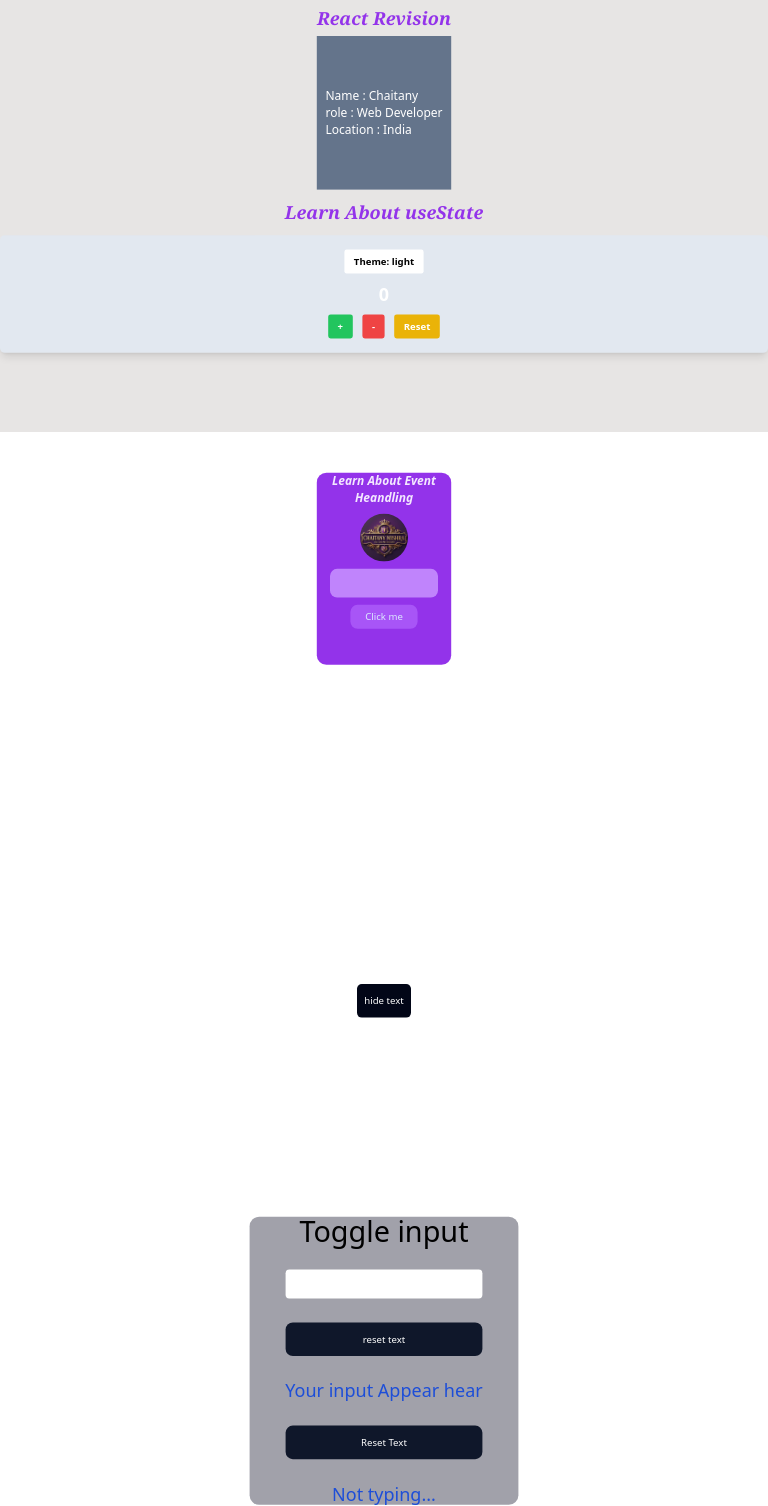
Repository: ChaitanyMishra/react-daily-work
Page: / (app in praticeForReact/revise-react/)
These files come from the project's save history. The page is drawn as it stood at one moment and after the next save; the edit follows.
The browser window is 1280 px wide. The pictures show the whole page, at 60% of full size.
The project was rebuilt for these pictures with package versions that can differ from the ones it lists, and the page was loaded fresh each time. Also part of the build but not shown: praticeForReact/revise-react/vite.config.js.

Above is the page before, as saved 2025-07-03 20:46:39.

### praticeForReact/revise-react/src/App.jsx
import './index.css';
import Info from './components/Info';
import Counter from './components/Counter';
import Card from './components/Card';
import ToggleText from './components/toggleText';
import { createContext, useState } from 'react';
import ToggleInput from './components/toggleInput';

const ThemeContext = createContext();

function App() {
  const [theme, setTheme] = useState('light');

  return (
    <ThemeContext.Provider value={{ theme, setTheme }}>
      <div className='h-screen w-full bg-stone-200'>
        <h1 className='text-center text-purple-600 font-extrabold font-serif text-3xl py-3 italic'>
          React Revision
        </h1>

        <div className='flex flex-col h-auto min-h-64 bg-slate-500 w-56 items-center justify-center m-auto text-white text-xl'>
          <Info name='Chaitany' roll='Web Developer' location='India' />
        </div>

        <div>
          <h1 className='text-center text-purple-600 font-extrabold font-serif text-3xl py-5 italic'>
            Learn About useState
          </h1>
          <Counter />
        </div>
        <Card name='Chetan' />
        <ToggleText />
        <ToggleInput />
      </div>
    </ThemeContext.Provider>
  );
}

export { ThemeContext };
export default App;

### praticeForReact/revise-react/src/components/Info.jsx
export default function Info(props){
    return(
        <div>
        <h2>Name : {props.name}</h2>
        <h3>role : {props.roll}</h3>
        <h4> Location : {props.location}</h4>
        </div>
    )

}

### praticeForReact/revise-react/src/components/Counter.jsx
import { useContext, useState } from "react";
import { ThemeContext } from "../App";

export default function Counter() {
  const { theme, setTheme } = useContext(ThemeContext);
  const [counter, setCounter] = useState(0);
  const [message, setMessage] = useState("");

  const handleIncrement = () => {
    if (counter < 20) {
      setCounter((prev) => prev + 1);
      setMessage("");
    } else {
      setMessage("Value can't go above 20");
    }
  };

  const handleDecrement = () => {
    if (counter > 0) {
      setCounter((prev) => prev - 1);
      setMessage("");
    } else {
      setMessage("Value can't go below 0");
    }
  };

  const reset = () => {
    setCounter(0);
    setMessage("");
  };

  return (
    <div
      className={`flex flex-col items-center ${
        theme === "light" ? "bg-slate-200" : "bg-slate-800"
      } px-6 py-6 rounded-lg shadow-lg space-y-4`}
    >
      <div>
        <button
          className="bg-white hover:bg-blue-200 text-black font-bold px-4 py-2 rounded"
          onClick={() =>
            setTheme(theme === "light" ? "dark" : "light")
          }
        >
          Theme: {theme}
        </button>
      </div>

      <h2 className="text-white text-3xl font-bold">{counter}</h2>

      <div className="flex space-x-4">
        <button
          className="bg-green-500 hover:bg-green-600 text-white font-bold px-4 py-2 rounded"
          onClick={handleIncrement}
        >
          +
        </button>
        <button
          className="bg-red-500 hover:bg-red-600 text-white font-bold px-4 py-2 rounded"
          onClick={handleDecrement}
        >
          -
        </button>
        <button
          className="bg-yellow-500 hover:bg-yellow-600 text-white font-bold px-4 py-2 rounded"
          onClick={reset}
        >
          Reset
        </button>
      </div>

      {message && (
        <span className="text-yellow-300 font-semibold text-sm italic">
          {message}
        </span>
      )}
    </div>
  );
}

### praticeForReact/revise-react/src/components/Card.jsx
import { useState } from "react"
import logo from "../assets/Logo.jpg"

const Card = () =>{
    const [name , setName] = useState("")
    const [msg  , setMsg] = useState("")
    const handleButton = () => {
        if(name.trim() === ""){
            setName("")
        }else{
            setMsg(`Hello ${name}`)
        }

    }
   return(

    <div className="flex h-screen w-auto justify-center items-center">

    <div className=" absolute flex flex-col h-[20rem] w-[14rem] bg-purple-600 m-auto my-14 rounded-2xl">
        <h3 className=" text-center text-purple-100 font-extrabold italic text-xl">Learn About Event Heandling</h3>
        <img src={logo} alt="Chaitany Logo" className="relative top-0 left-0 h-20 w-20 rounded-full mx-auto my-3 object-cover focus:none" />
        <input type="text" className=" bg-purple-400 px-3 py-3 rounded-xl w-[14vw] mx-auto text-purple-100" id="inputBox" onChange={(e) => setName(e.target.value)} value={name} />
        <button className="bg-purple-500 text-blue-100 px-3 py-2 w-28 rounded-xl mx-auto my-3 hover:bg-purple-900 hover:scale-105 duration-300 " onClick={handleButton}>Click me </button>
       {
        msg && (
            <p className="mt-4 text-white font-semibold text-center text-xl px-3 my-3">Hello {name}! nice to meet you!</p>
        )
       }
    </div>
    </div>
   )

}

export default Card

### praticeForReact/revise-react/src/components/toggleText.jsx
import React from 'react'
import { useState } from 'react'

function ToggleText() {
    const [show , setShow]  = useState(false);
  return (
    <div className='flex flex-col items-center justify-center h-screen w-screen'>
      <p >{show ? "After useState" : ""}</p>
      <button className='px-3 py-4 rounded-lg bg-slate-950 text-white text-center my-5' onClick={() => setShow(!show)} > {show  ? "show text" : "hide text"}</button>
    </div>
  )
}

export default ToggleText

### praticeForReact/revise-react/src/components/toggleInput.jsx
import React, { use } from 'react'
import { useState , useEffect } from 'react'

function ToggleInput() {
    const [buttonState , setButtonState] = useState(false)
    const [input , setInput] = useState("")
    const [typing , setTypingStatus] = useState("")
    useEffect(() => {

      setTypingStatus("Typing...")
      const timer = setTimeout(()=>{
        setTypingStatus("Not typing...")
      },2000)

    return () => clearTimeout(timer)


    } , [input])
  return (
    <div className='flex flex-col bg-zinc-400 h-md my-auto  mx-auto rounded-2xl items-center justify-center max-w-md '>
      <div className='flex flex-col gap-10'>
        <h1 className='text-5xl text-center'>Toggle input</h1>
            <input type="text" className='px-4 py-3 rounded-md placeholder:enter text'  onChange={(e) => setInput(e.target.value)} />
            <button className='px-3 py-4 rounded-xl bg-slate-900 text-white' onClick={() => setButtonState(!buttonState)}>{buttonState ? "click me" : "reset text"}</button>
            <p className=' text-3xl text-center text-blue-700' id='pera'>Your input Appear hear {input} </p>
            <button  className='px-3 py-4 rounded-xl bg-slate-900 text-white' onClick={() => setInput("")}>Reset Text</button>
            <p className=' text-3xl text-center text-blue-700' >{typing}</p>
      </div>
    </div>
  )
}

export default ToggleInput

Loaded but not shown: praticeForReact/revise-react/index.html (common file); praticeForReact/revise-react/src/main.jsx (common file); praticeForReact/revise-react/src/index.css (common file); praticeForReact/revise-react/tailwind.config.js (common file)

After the next save:
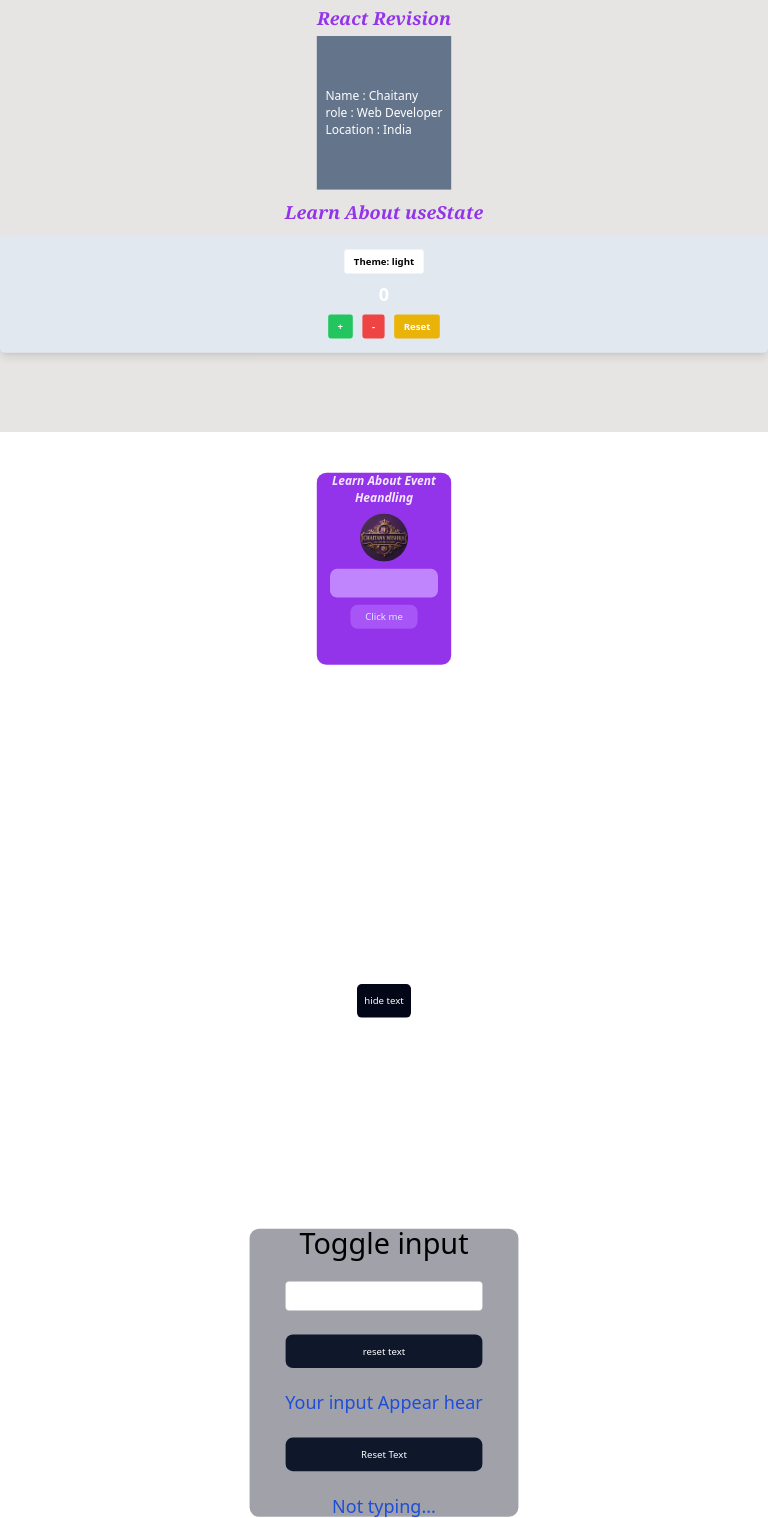
Saved 6 s later.
--- a/praticeForReact/revise-react/src/components/toggleInput.jsx
+++ b/praticeForReact/revise-react/src/components/toggleInput.jsx
@@ -17,7 +17,7 @@
 
     } , [input])
   return (
-    <div className='flex flex-col bg-zinc-400 h-md my-auto  mx-auto rounded-2xl items-center justify-center max-w-md '>
+    <div className='flex flex-col bg-zinc-400 h-md my-5  mx-auto rounded-2xl items-center justify-center max-w-md '>
       <div className='flex flex-col gap-10'>
         <h1 className='text-5xl text-center'>Toggle input</h1>
             <input type="text" className='px-4 py-3 rounded-md placeholder:enter text'  onChange={(e) => setInput(e.target.value)} />

After the save that followed:
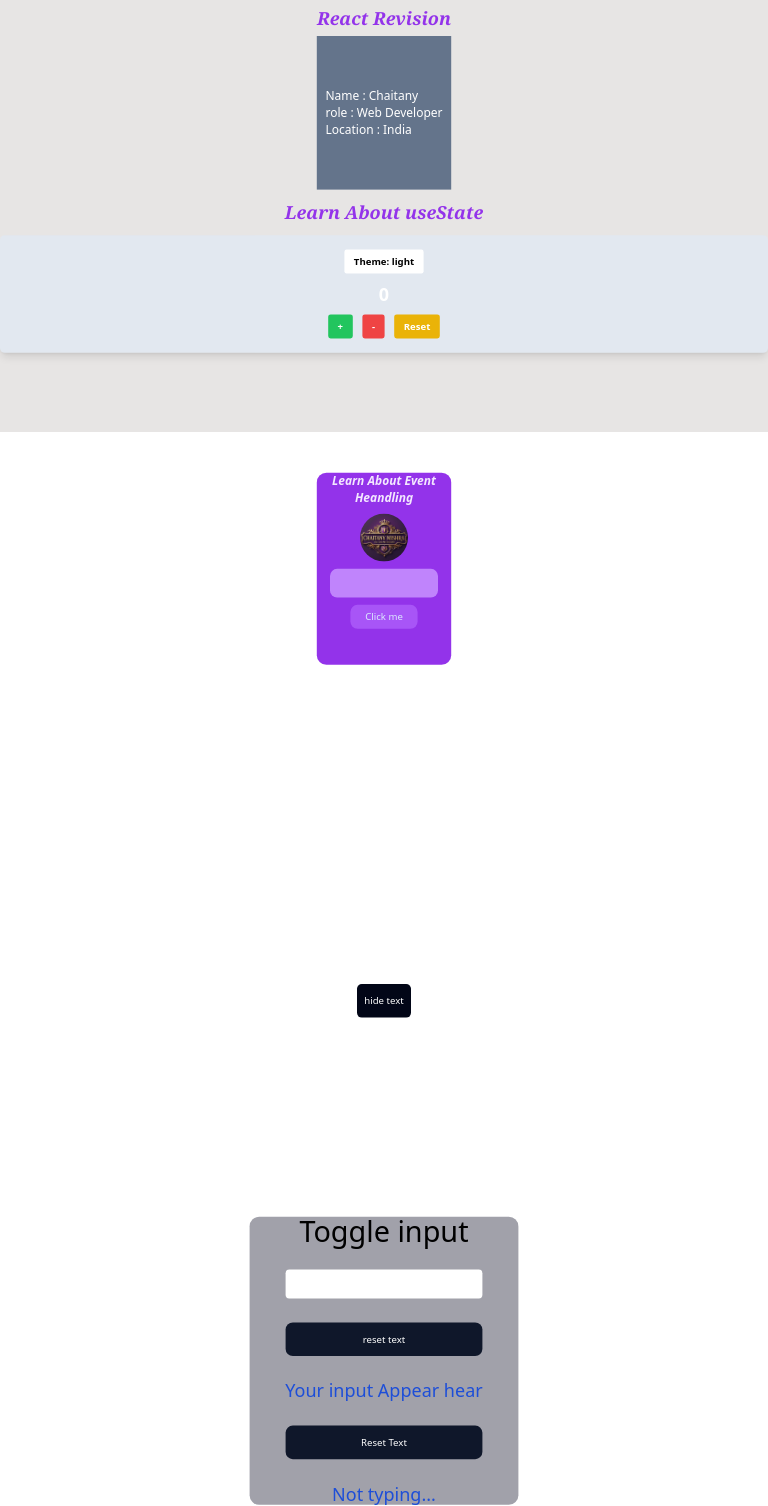
Saved 6 s later.
--- a/praticeForReact/revise-react/src/components/toggleInput.jsx
+++ b/praticeForReact/revise-react/src/components/toggleInput.jsx
@@ -17,7 +17,7 @@
 
     } , [input])
   return (
-    <div className='flex flex-col bg-zinc-400 h-md my-5  mx-auto rounded-2xl items-center justify-center max-w-md '>
+    <div className='flex flex-col bg-zinc-400 h-md mb-5  mx-auto rounded-2xl items-center justify-center max-w-md '>
       <div className='flex flex-col gap-10'>
         <h1 className='text-5xl text-center'>Toggle input</h1>
             <input type="text" className='px-4 py-3 rounded-md placeholder:enter text'  onChange={(e) => setInput(e.target.value)} />
